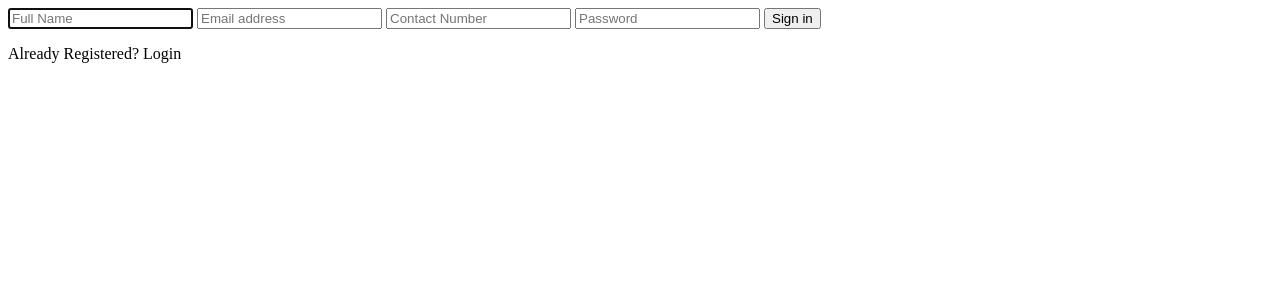
Repository: sagarpatil11/ToDo
Page: todo/src/main/webapp/templates/userregistration.html
These files come from the project's save history. The page is drawn as it stood at one moment and after the next save; the edit follows.
The browser window is 1280 px wide. The pictures show the whole page.

Above is the page before, as saved 2017-07-19 07:13:37.

After the next save:
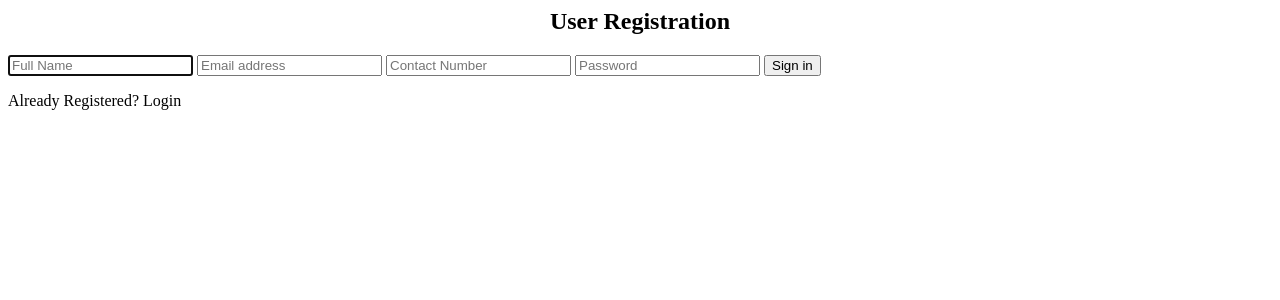
Saved 4 min 34 s later.
--- a/todo/src/main/webapp/templates/userregistration.html
+++ b/todo/src/main/webapp/templates/userregistration.html
@@ -1,6 +1,6 @@
 <div class="container">
         <div class="card card-container">
-
+            <h2 style="text-align: center">User Registration</h2>
             <form class="form-signin">
             	<input type="text" id="fullname" class="form-control" placeholder="Full Name" required autofocus>
                 <input type="email" id="inputEmail" class="form-control" placeholder="Email address" required >
